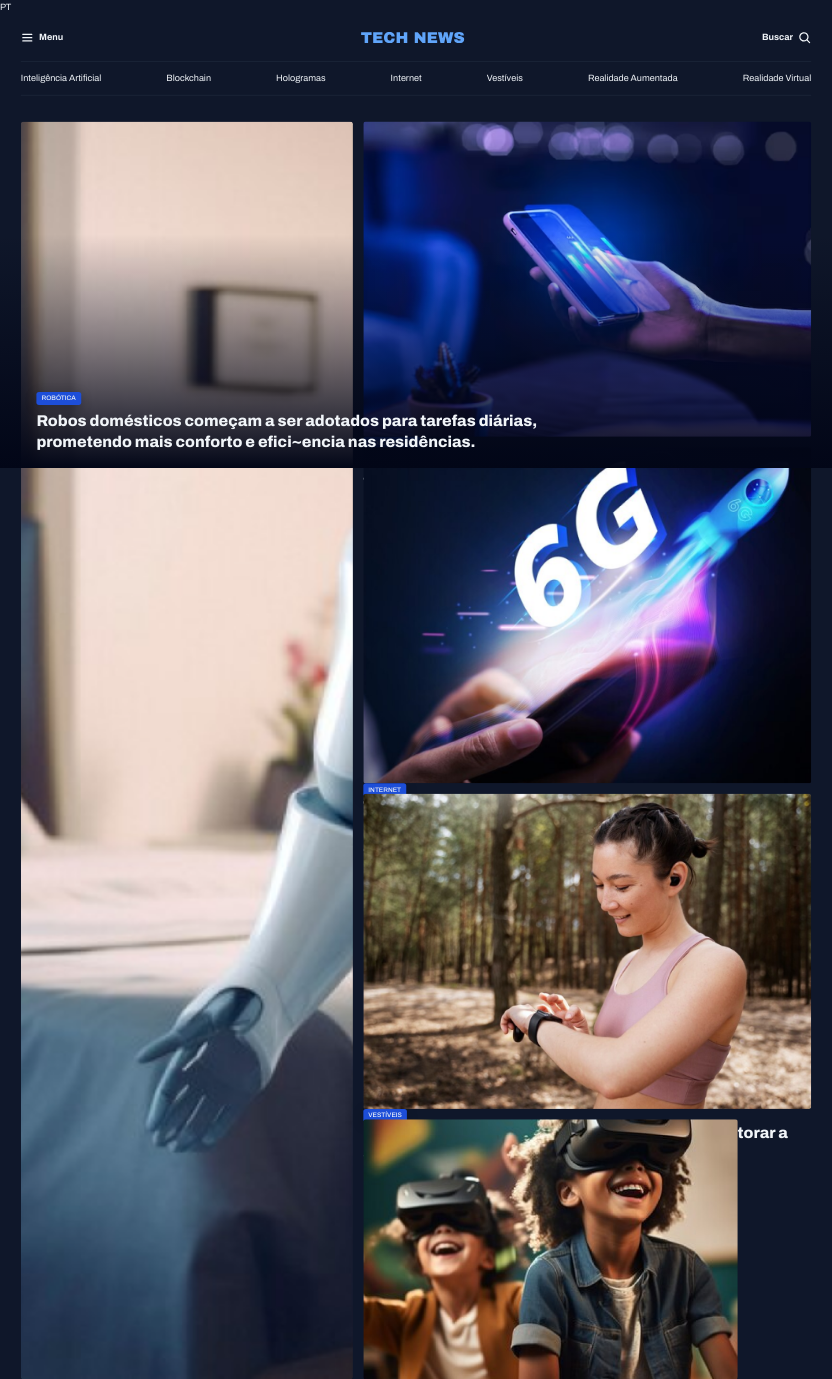
Repository: JeffRodFer/portalDeNoticias
Page: index.html
An editor plug-in stored every save of this project. The page is shown before and after a run of saves, followed by the edit.
The browser window is 1280 px wide. The pictures show the whole page, at 65% of full size.

Above is the page before, as saved 2025-04-15 22:00:21.

After the next 2 saves:
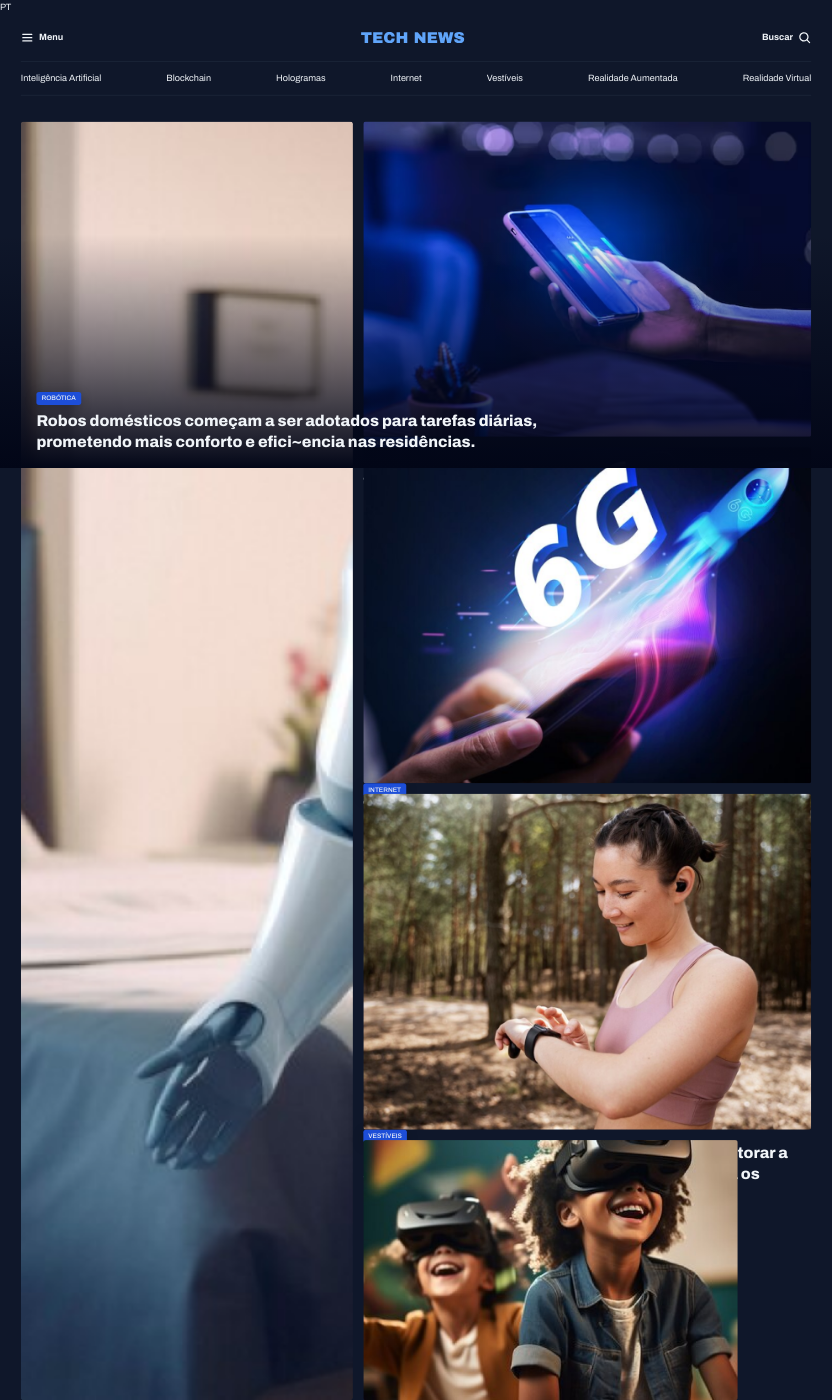
The 2 saves are shown as one change because they came seconds apart.
The last was saved 13 s later.
--- a/index.html
+++ b/index.html
@@ -75,7 +75,7 @@ PT<!DOCTYPE html>
           <figcaption>
             <span class="content-tag">Vestíveis</span>
             <h2 class="text-2xl">
-            Empresa lança relógio inteligente capaz de monitorar a saúde mental, oferecendo insights
+            Empresa lança relógio inteligente capaz de monitorar a saúde mental, oferecendo insights valiosos para os médicos.
             </h2>
           </figcaption>
         </figure>
